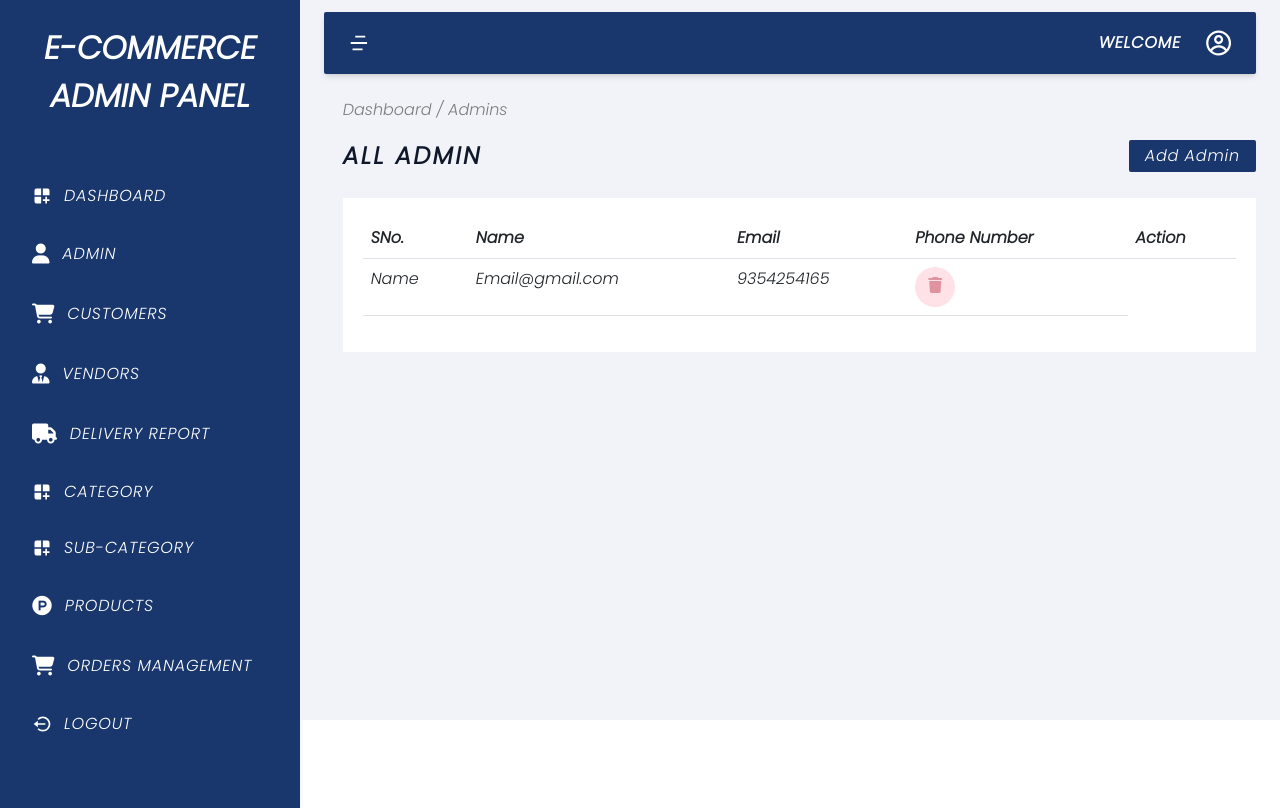
Repository: FlyweisReact/Hariom-Admin-Panel
Page: /E-Commerce/Admin
An editor plug-in stored every save of this project. The page is shown before and after the next save, followed by the edit.
The browser window is 1280 px wide. The pictures show the whole page.
Some web libraries are served in a nearby version. The project was rebuilt for these pictures with package versions that can differ from the ones it lists, and the page was loaded fresh each time. Also part of the build but not shown: src/vendorPanel/forms/VendorLogin.jsx, src/vendorPanel/layout/Navbar.jsx, src/vendorPanel/layout/Sidebar.jsx, src/vendorPanel/layout/HOC.jsx, src/vendorPanel/pages/AdminDiscount.js, src/vendorPanel/pages/AdminReview.js, src/vendorPanel/pages/Astrologers.js, src/vendorPanel/pages/Banners.js and 32 more.

Above is the page before, as saved 2023-04-26 18:53:44.

After the next save:
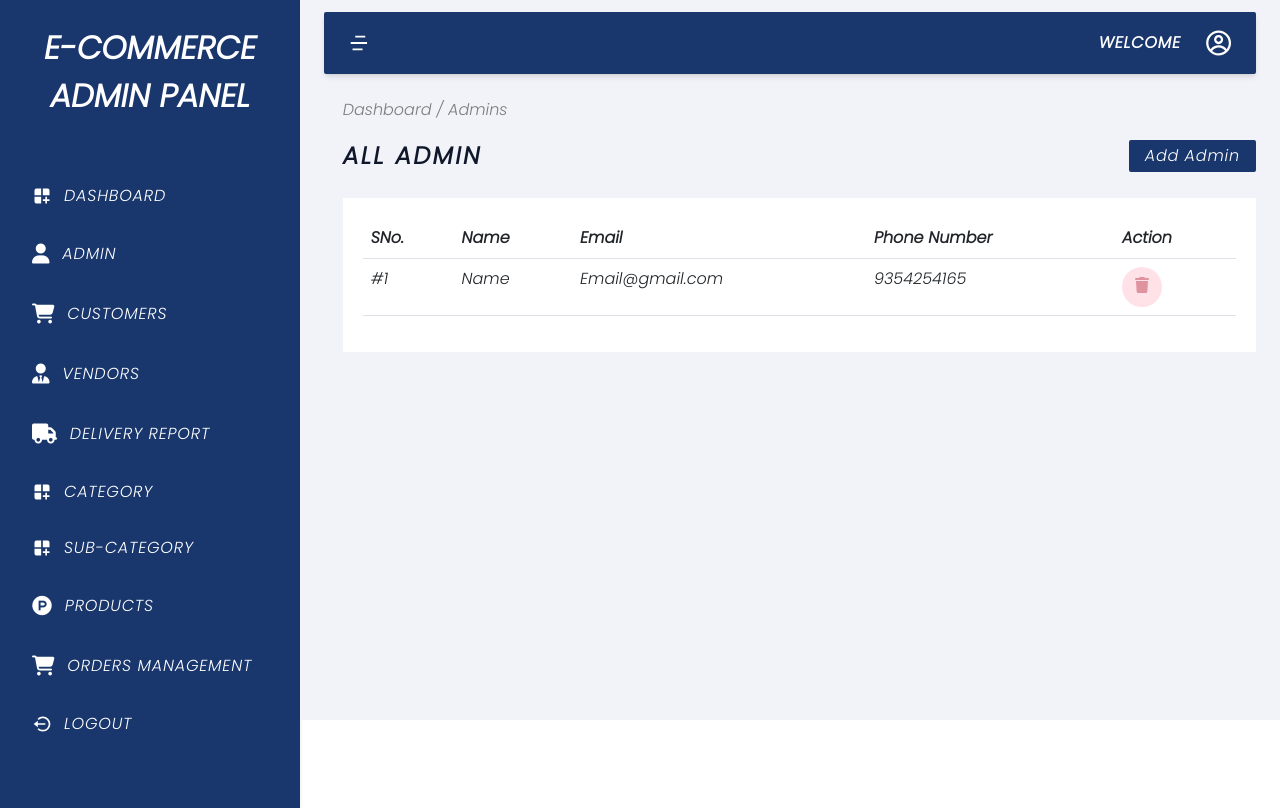
Saved 4 s later.
--- a/src/E-CommerceAdmin/pages/EAdmin.js
+++ b/src/E-CommerceAdmin/pages/EAdmin.js
@@ -93,6 +93,7 @@ const EAdmin = () => {
           </thead>
           <tbody>
             <tr>
+              <td>#1</td>
               <td>Name</td>
               <td>Email@gmail.com</td>
               <td>9354254165</td>
